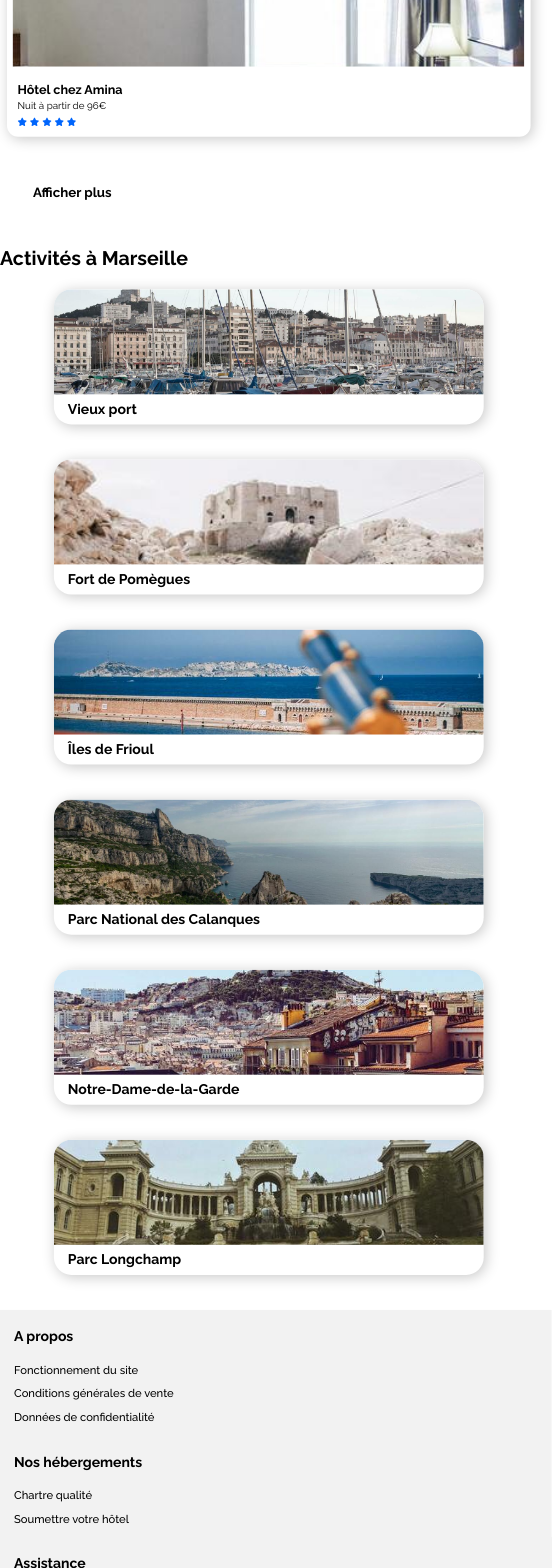
Repository: leandroBarbosaFR/booki
Page: index.html
These files come from the project's save history. The page is drawn as it stood at one moment and after a run of saves; the edit follows.
The browser window is 768 px wide. The page is 788 px wide, so the pictures cover 788 px, including what lies to the right of the window. The pictures show the part of the page from y = 2885 to 5125 px (the page is 5227 px tall), at 70% of full size.

Above is the page before, as saved 2022-07-22 15:51:05.

### index.html
<!DOCTYPE html>
<html lang="en">

<head>
    <meta charset="UTF-8">
    <meta http-equiv="X-UA-Compatible" content="IE=edge">
    <meta name="viewport" content="width=device-width, initial-scale=1.0">
    <link rel="stylesheet" href="https://cdnjs.cloudflare.com/ajax/libs/normalize/8.0.1/normalize.min.css" integrity="sha512-NhSC1YmyruXifcj/KFRWoC561YpHpc5Jtzgvbuzx5VozKpWvQ+4nXhPdFgmx8xqexRcpAglTj9sIBWINXa8x5w==" crossorigin="anonymous" referrerpolicy="no-referrer"
    />
    <link rel="stylesheet" href="https://cdnjs.cloudflare.com/ajax/libs/font-awesome/6.0.0/css/all.min.css" integrity="sha512-9usAa10IRO0HhonpyAIVpjrylPvoDwiPUiKdWk5t3PyolY1cOd4DSE0Ga+ri4AuTroPR5aQvXU9xC6qOPnzFeg==" crossorigin="anonymous" referrerpolicy="no-referrer"
    />
    <link rel="preconnect" href="https://fonts.googleapis.com">
    <link rel="preconnect" href="https://fonts.gstatic.com" crossorigin>
    <link href="https://fonts.googleapis.com/css2?family=Raleway:wght@400;500;600;700&display=swap" rel="stylesheet">
    <link href="css/style.css" rel="stylesheet">
    <title>Booki</title>
</head>

<body>
    <main class=body>
        <!-- Logo et Menu  -->
        <header class="header">
            <div>
                <img class="logo" alt="logobooki" src="./images/Booki.png" />
            </div>
            <div class="menu">
                <a href="#titreun" class="hebergements">Hébergements
                    <div class="barrebleue"></div>
                </a>
                <a href="#titretrois" class="activites"> Activités
                    <div class="barrebleue"></div>
                </a>
            </div>
        </header>
        <!-- Introduction -->
        <section class="introduction">
            <h1 class="trouvez">Trouvez votre hébergements pour des vacances de rêve</h1>
            <p class="centre"> En plein centre ville ou en pleine nature</p>
        </section>
        <!-- Boutton de recherche -->
        <form class="location">
            <i class="fa-solid fa-location-dot"></i>
            <input type="text" class="marseille" value="Marseille, France">
            <div class="rechercher"> Rechercher</div>
            <i class="fa-solid fa-magnifying-glass"></i>
        </form>
        <!-- Filtres -->
        <section class="filtres">
            <h2 class="h2">Filtres</h2>
            <a href=# class="economique">
                <i class="fa-solid fa-money-bill-wave"></i>
                <p class="text">Économique</p>
            </a>
            <a href=# class="famillial">
                <i class="fa-solid fa-child"></i>
                <p class="text">Familial</p>
            </a>
            <a href=# class="romantique">
                <i class="fa-solid fa-heart"></i>
                <p class="text">Romantique</p>
            </a>
            <a href=# class="animaux">
                <i class="fa-solid fa-dog"></i>
                <p class="text">Animaux autorisés</p>
            </a>
        </section>
        <div class="information">
            <i class="fa-solid fa-info"></i>
            <p class="logement">Plus de 500 logements sont disponibles dans cette ville</p>
        </div>
        <!-- Les hébergements à Marseille -->
        <div class="bordures"><!--the card of all hotels 72 to 231 -->
            <section class="bordureune">
                <h3 class="titreun" id="titreun">Hébergements à Marseille</h3>
                <div class="column">
                    <div class="hotelun cannebiere"><!--white-card-->
                        <a href="#" class="none">
                            <img class="imghotelun" alt="Image d'une chambre d'hotel" src="./images/cannebiere.jpg" /><!--image-card-->
                            <div class="paddingtrois"><!--description of the hotel-->
                                <p class="hotel"> Auberge de la Cannebière</p>
                                <p class="nuit"> Nuit à partir de 25€</p>
                                <div><!--ratings-->
                                    <i class="fa-solid fa-star starune etoilebleu"></i>
                                    <i class="fa-solid fa-star starune etoilebleu"></i>
                                    <i class="fa-solid fa-star starune etoilebleu"></i>
                                    <i class="fa-solid fa-star starune etoilebleu"></i>
                                    <i class="fa-solid fa-star starune etoilegrise"></i>
                                </div>
                            </div>
                        </a>
                    </div>
                    <div class="hotelun">
                        <a href="#" class="none">
                            <img class="imghotelun" alt="Image d'une chambre d'hotel" src="./images/port.jpg" />
                            <div class="paddingtrois">
                                <p class="hotel"> Hôtel du port</p>
                                <p class="nuit">Nuit à partir de 52€</p>
                                <div>
                                    <i class="fa-solid fa-star starune etoilebleu"></i>
                                    <i class="fa-solid fa-star starune etoilebleu"></i>
                                    <i class="fa-solid fa-star starune etoilebleu"></i>
                                    <i class="fa-solid fa-star starune etoilebleu"></i>
                                    <i class="fa-solid fa-star starune etoilebleu"></i>
                                </div>
                            </div>
                        </a>
                    </div>
                    <div class="hotelun">
                        <a href="#" class="none">
                            <img class="imghotelun" alt="Image d'une chambre d'hotel" src="./images/mouettes.jpg" />
                            <div class="paddingtrois">
                                <p class="hotel"> Hôtel Les mouettes </p>
                                <p class="nuit">Nuit à partir de 76€</p>
                                <div>
                                    <i class="fa-solid starune fa-star etoilebleu"></i>
                                    <i class="fa-solid starune fa-star etoilebleu"></i>
                                    <i class="fa-solid starune fa-star etoilebleu"></i>
                                    <i class="fa-solid starune fa-star etoilebleu"></i>
                                    <i class="fa-solid starune fa-star etoilegrise"></i>
                                </div>
                            </div>
                        </a>
                    </div>
                    <div class="hotelun">
                        <a href="#" class="none">
                            <img class="imghotelun" alt="Image d'une chambre d'hotel" src="./images/mer.jpg" />
                            <div class="paddingtrois">
                                <p class="hotel"> Hôtel de la mer</p>
                                <p class="nuit">Nuit à partir de 46€</p>
                                <div>
                                    <i class="fa-solid starune fa-star etoilebleu"></i>
                                    <i class="fa-solid starune fa-star etoilebleu"></i>
                                    <i class="fa-solid starune fa-star etoilebleu"></i>
                                    <i class="fa-solid starune fa-star etoilegrise"></i>
                                    <i class="fa-solid starune fa-star etoilegrise"></i>
                                </div>
                            </div>
                        </a>
                    </div>
                    <div class="hotelun">
                        <a href="#" class="none">
                            <img class="imghotelun" alt="Image d'une chambre d'hotel" src="./images/panier.jpg" />
                            <div class="paddingtrois">
                                <p class="hotel"> Auberge Le Panier</p>
                                <p class="nuit">Nuit à partir de 23€</p>
                                <div>
                                    <i class="fa-solid starune fa-star etoilebleu"></i>
                                    <i class="fa-solid starune fa-star etoilebleu"></i>
                                    <i class="fa-solid starune fa-star etoilebleu"></i>
                                    <i class="fa-solid starune fa-star etoilebleu"></i>
                                    <i class="fa-solid starune fa-star etoilegrise"></i>
                                </div>
                            </div>
                        </a>
                    </div>
                    <div class="hotelun">
                        <a href="#" class="none">
                            <img class="imghotelun" alt="Image d'une chambre d'hotel" src="./images/anima.jpg" />
                            <div class="paddingtrois">
                                <p class="hotel"> Hôtel chez Amina</p>
                                <p class="nuit">Nuit à partir de 96€</p>
                                <div>
                                    <i class="fa-solid starune fa-star etoilebleu"></i>
                                    <i class="fa-solid starune fa-star etoilebleu"></i>
                                    <i class="fa-solid starune fa-star etoilebleu"></i>
                                    <i class="fa-solid starune fa-star etoilebleu"></i>
                                    <i class="fa-solid starune fa-star etoilebleu"></i>
                                </div>
                            </div>
                        </a>
                    </div>
                </div>
                <p class="afficher"> Afficher plus</p>
            </section>
            <section class="borduredeux">
                <h3 class="titredeux"> Les plus populaires
                  <i class="fa-solid fa-star"></i>
                </h3>
                <!-- Les plus populaires -->
                <div class="columndeux">
                    <div class="hoteldeux">
                        <a href=# class="widthhoteldeux none">
                            <img class="imghoteldeux" alt="Image d'une chambre d'hotel" src="./images/soleil.jpg" />
                            <div class="paddingquatre">
                                <p class="hoteltrois"> Hôtel Le soleil du matin</p>
                                <p class="nuitdeux"> Nuit à partir de 128€</p>
                                <p class="stardeux">
                                    <i class="fa-solid fa-star etoilebleu"></i>
                                    <i class="fa-solid fa-star etoilebleu"></i>
                                    <i class="fa-solid fa-star etoilebleu"></i>
                                    <i class="fa-solid fa-star etoilebleu"></i>
                                    <i class="fa-solid fa-star etoilebleu"></i>
                                </p>
                            </div>
                        </a>
                    </div>
                    <div class="hoteldeux">
                        <a href=# class="widthhoteldeux none">
                            <img class="imghoteldeux" alt="Image d'une chambre d'hotel" src="./images/eau.jpg" />
                            <div class="paddingquatre">
                                <p class="hoteltrois"> Au coeur de l'eau Chambres d'hôtes</p>
                                <p class="nuitdeux"> Nuit à partir de 71€</p>
                                <p class="stardeux">
                                    <i class="fa-solid fa-star etoilebleu"></i>
                                    <i class="fa-solid fa-star etoilebleu"></i>
                                    <i class="fa-solid fa-star etoilebleu"></i>
                                    <i class="fa-solid fa-star etoilebleu"></i>
                                    <i class="fa-solid fa-star etoilegrise"></i>
                                </p>
                            </div>
                        </a>
                    </div>
                    <div class="hoteldeux">
                        <a href="#" class="widthhoteldeux none">
                            <img class="imghoteldeux" alt="Image d'une chambre d'hotel" src="./images/toutbleu.jpg" />
                            <div class="paddingquatre">
                                <p class="hoteltrois"> Hôtel Tout bleu et Blanc</p>
                                <p class="nuitdeux"> Nuit à partir de 68€</p>
                                <p class="stardeux">
                                    <i class="fa-solid fa-star etoilebleu"></i>
                                    <i class="fa-solid fa-star etoilebleu"></i>
                                    <i class="fa-solid fa-star etoilebleu"></i>
                                    <i class="fa-solid fa-star etoilebleu"></i>
                                    <i class="fa-solid fa-star etoilegrise"></i>
                                </p>
                            </div>
                        </a>
                    </div>
                </div>
            </section>
        </div>
        <section>
            <!-- Activités à Marseille -->
            <h3 class="titretrois" id="titretrois">
                Activités à Marseille
            </h3>
            <div class="activitesdeux">
                <div class="widthactivites borderradius">
                    <a href="#" class=" lienimage none">
                        <img class="imgvieuxport imgwidth" alt="image du vieux port de Marseille" src="./images/vieuxport.jpg" />
                        <p class="vieuxport"> Vieux port </p>
                    </a>
                </div>
                <div class="widthactivites gapelement">
                    <a href="#" class="grandelement lienimage borderradius none">
                        <img class="imgpomegues imgwidth" alt="Image du fort de Pomègues" src="./images/pomegues.jpg" />
                        <p class="vieuxport"> Fort de Pomègues</p>
                    </a>
                    <a href="#" class="none lienimage grandelement borderradius">
                        <img class="imgpomegues imgwidth" alt="Images des îles de Frioul" src="./images/frioul.jpg" />
                        <p class="vieuxport"> Îles de Frioul</p>
                    </a>
                </div>
                <div class="widthactivites calanquesorder borderradius">
                    <a href="#" class="lienimage none">
                        <img class="imgvieuxport imgwidth" alt="Image des Calanques" src="./images/calanques.jpg" />
                        <p class="vieuxport"> Parc National des Calanques</p>
                    </a>
                </div>
                <div class="widthactivites gapelement">
                    <a href="#" class="grandelement lienimage borderradius none">
                        <img class="imgpomegues imgwidth" alt="image de Notre-Dame-de-la-Garde" src="./images/notredame.jpg" />
                        <p class="vieuxport"> Notre-Dame-de-la-Garde</p>
                    </a>
                    <a href="#" class="grandelement lienimage borderradius none">
                        <img class="imgpomegues imgwidth" alt="Image du parc Longchamp" src="./images/longchamp.jpg" />
                        <p class="vieuxport"> Parc Longchamp</p>
                    </a>
                </div>
            </div>
        </section>
    </main>
    <!-- Information footer -->
    <footer class=footer>
        <section class="footerun">
            <h4 class="titrequatre paddingbot"> A propos </h4>
            <p class="txt"> Fonctionnement du site </p>
            <p class="txt paddingmiddle"> Conditions générales de vente </p>
            <p class="txt"> Données de confidentialité</p>
        </section>
        <section class="footerun">
            <h4 class="titrequatre"> Nos hébergements</h4>
            <p class="txt paddingmiddle"> Chartre qualité</p>
            <p class="txt"> Soumettre votre hôtel</p>
        </section>
        <section class="footerun">
            <h4 class="titrequatre"> Assistance </h4>
            <p class="txt paddingmiddle"> Centre d'aide</p>
            <p class="txt"> Nous contacter</p>
        </section>
    </footer>
</body>

</html>

### css/style.css
.body {
  font-family: Raleway;
}

.header {
  display: flex;
  justify-content: space-between;
}

.logo {
  width: 120px;
  padding-top: 60px;
  padding-bottom: 25px;
  padding-left: 20px;
}

.menu {
  display: flex;
  gap: 85px;
  align-items: center;
  font-weight: 500;
  font-size: 18px;
}

.hebergements {
  position: relative;
  text-decoration: none;
  color: black;
}

.activites {
  position: relative;
  text-decoration: none;
  color: black;
}

.barrebleue {
  position: absolute;
  top: -64px;
  width: calc(100% + 60px);
  left: -35px;
  height: 3px;
  background-color: #0065FC;
  display: none;
}

.hebergements:hover .barrebleue,
.activites:hover .barrebleue {
  display: block;
}

.hebergements:hover,
.activites:hover {
  color: #0065FC;
}

.trouvez {
  font-weight: 600;
  font-size: 25px;
  margin-bottom: 5px;
  margin-top: 40px;
  margin-left: 10px;
  margin-right: 10px;
}

.centre {
  font-weight: 400;
  font-size: 20px;
  margin-top: 0;
  margin-left: 10px;
  margin-right: 10px;
}

.location {
  display: flex;
  font-weight: 800;
  font-size: 18px;
  height: 60px;
  border: solid 1px #F5F5F5;
  border-radius: 15px;
  width: max-content;
  margin-top: 25px;
  margin-left: 10px;

}

.h2 {
  font-size: 25px;
}

.fa-location-dot {
  border-radius: 15px 0 0 15px;
  background-color: #f2f2f2;
  height: 60px;
  width: 70px;
  display: flex;
  justify-content: center;
  align-items: center;
}

.marseille {
  max-width: 280px;
  padding: 0 15px;
  align-items: center;
  display: flex;
  font-weight: 800;
  font-size: 18px;
  border: none;
  outline: none;
}

.rechercher {
  width: 170px;
  background-color: #0065FC;
  border-radius: 0 15px 15px 0;
  height: 60px;
  display: flex;
  justify-content: center;
  align-items: center;
  color: white;
}

.fa-magnifying-glass {
  display: none;
}

.filtres {
  display: flex;
  flex-wrap: wrap;
  gap: 30px;
  align-items: center;
  font-weight: 700;
  padding-top: 35px;
  font-size: 22px;
  margin-left: 10px;
}

.economique,
.famillial,
.romantique,
.animaux {
  display: flex;
  align-items: center;
  border: solid 2px #EEE;
  border-radius: 31px;
  position: relative;
  height: 54px;
  transition: transform 0.5s;
  text-decoration: none;
  color: black;
}

.fa-dog,
.fa-child,
.fa-heart,
.fa-money-bill-wave {
  height: 58px;
  width: 58px;
  background-color: #DEEBFF;
  border-radius: 50%;
  color: #0065FC;
  font-size: 22px;
  position: absolute;
  display: flex;
  justify-content: center;
  align-items: center;
  left: -2px;
}

.economique:hover,
.famillial:hover,
.romantique:hover,
.animaux:hover {
  transform: scale(1.1);
}

.text {
  padding-left: 20px;
  padding-right: 20px;
  font-size: 22px;
  font-weight: 700;
  margin-left: 58px;
}

.information {
  display: flex;
  align-items: center;
  font-size: 16px;
  margin-top: 30px;
}

.fa-info {
  border: 1px solid #eee;
  border-radius: 11px;
  width: 22px;
  height: 22px;
  color: #0065FC;
  display: flex;
  align-items: center;
  justify-content: center;
}

.logement {
  font-size: 19px;
  padding-left: 15px;
}

.bordureune {
  margin-top: 40px;
  width: 80%;
  background-color: #f2f2f2;
  border-radius: 20px;
}

.titreun {
  padding-left: 50px;
  font-weight: 700;
  font-size: 28px;
}

.column {
  flex-direction: row;
  display: flex;
  flex-wrap: wrap;
  justify-content: space-evenly;
  row-gap: 34px;
  padding: 0 10px;
}

.hotelun {
  width: calc(100% / 2 - 228px);
  background-color: white;
  border-radius: 16px;
  box-shadow: 3px 3px 20px 0px #C7C7C7;
  transition: transform 0.7s;
}

.imghotelun {
  width: calc(100% - 17px);
  height: 120px;
  border-radius: 16px 16px 0 0;
  padding-left: 8px;
  padding-top: 7px;
  object-fit: cover;
}

.hotelun:hover,
.hoteldeux:hover {
  transform: scale(1.10);
}

.starune {
  font-size: 12px;
  margin-bottom: 15px;
}

.etoilebleu {
  color: #0065FC;
}

.etoilegrise {
  color: #dbdbdb
}

.hotel {
  font-weight: 700;
  font-size: 18px;
  margin-bottom: 5px;
}

.nuit {
  font-size: 14px;
  margin: 5px 0 5px 0;
  margin-top: 0px;
}

.paddingtrois {
  padding-left: 15px;
}

.afficher {
  padding-left: 47px;
  padding-top: 50px;
  font-weight: 700;
  font-size: 19px;
}

.borduredeux {
  margin-top: 40px;
  width: 30%;
  background-color: #f2f2f2;
  border-radius: 20px;
  display: flex;
  flex-direction: column;
  padding-bottom: 50px;
}

.bordures {
  display: flex;
  gap: 22px;
}

.titredeux {
  padding-left: 40px;
  padding-right: 40px;
  font-weight: 700;
  font-size: 18px;
  display: flex;
  justify-content: space-between;
}

.columndeux {
  padding: 0 10px;
  display: flex;
  flex-direction: column;
  gap: 40px;
}

.hoteldeux {
  background-color: white;
  border-radius: 16px;
  display: flex;
  box-shadow: 3px 3px 20px 0px #C7C7C7;
  transition: transform 0.7s;
  height: 200px;
  position: relative;
}

.imghoteldeux {
  object-fit: cover;
  border-radius: 16px 0 0 16px;
  padding: 7px 8px;
  width: 40%;
}

.hoteltrois {
  font-weight: 700;
  font-size: 19px;
  margin: 0px;
}

.widthhoteldeux {
  width: 100%;
  display: flex;
}

.paddingquatre {
  padding: 15px 20px 0;
}

.nuitdeux {
  padding-top: 10px;
  margin: 0px;
  font-size: 14px;
}

.stardeux {
  margin-top: 15px;
  font-size: 12px;
  position: absolute;
  display: flex;
  bottom: 0px;
}

.titretrois {
  font-weight: 700;
  font-size: 28px;
  padding-top: 20px;
}

.activitesdeux {
  display: flex;
  gap: 50px;
  height: 500px;
}

.widthactivites {
  width: 25%;
}

.borderradius {
  border-radius: 25px;
  overflow: hidden;
  box-shadow: 3px 3px 20px 0px #C7C7C7;
}

.vieuxport {
  font-size: 20px;
  font-weight: 700;
  margin: auto 20px;
}

.imgvieuxport,
.imgpomegues {
  object-fit: cover;
  width: 100%;
  height: calc(100% - 55px)
}

.grandelement {
  height: calc(60% - 25px);
}

.petitelement {
  height: calc(40% - 25px);
}

.gapelement {
  gap: 50px;
  display: flex;
  flex-direction: column;
}

.lienimage {
  display: flex;
  flex-direction: column;
  height: 100%;
}

.footer {
  width: calc(100% - 75px);
  height: 250px;
  background-color: #f2f2f2;
  margin-top: 50px;
  font-family: Raleway;
  display: flex;
  justify-content: space-between;
  padding-left: 75px;
}

.titrequatre {
  font-weight: 700;
  font-size: 20px;
  white-space: nowrap;

}

.footerun {
  width: 33%;
  justify-content: center;
  align-items: center;
}

.txt {
  font-weight: 500;
  white-space: nowrap;
}

.none {
  text-decoration: none;
  color: black;
}

/*mobile version$*/
@media screen and (max-width: 768px) {

  body {
    width: 100%;
    margin: 0 auto;
  }
  .header {
      flex-direction: column;
      text-align: center;
      display: flex;
  }
  .menu {
      justify-content: space-around;
      gap: 0;
  }
  .barrebleue {
      width: 100%;
      left: 0;
      top: 30px;
  }
  .hebergements,
  .activites {
      width: 50%
  }
  .rechercher {
      display: none;
  }
  .fa-magnifying-glass {
      display: flex;
      width: 60px;
      background-color: #0065FC;
      border-radius: 15px;
      height: 60px;
      display: flex;
      justify-content: center;
      align-items: center;
      color: white;
  }
  .location {
      max-width: 100%;
  }
  .marseille {
      width: calc(100% - 70px - 60px)
  }
  .vieuxport {
      padding: 10px 0;
  }
  .bordures {
      flex-direction: column-reverse;
      flex-wrap: wrap;
      gap: 0;
  }
  .borduredeux {
      width: 100%;
      border-radius: none;
  }

  .bordureune {
      background-color: white;
      width: 100%;
      margin-top: 0;
  }
  .column {
      flex-direction: column;
  }
  .hotelun {
      width: 100%;
  }
  .activitesdeux {
      flex-direction: column;
      width: 100%;
      height: initial;
  }
  .paddingquatre {
      padding: 5px;
  }
  .widthactivites {
      width: 80%;
      margin: 0 auto;
  }
  .imgwidth {
      height: 150px;
  }
  .footer {
      flex-direction: column;
      width: 100%;
      height: auto;
      padding-left: 20px;
      text-align: left;
  }
}

@media screen and (min-width: 769px) and (max-width: 991px) {
  .bordures {
      display: block;
  }
  .bordureune {
      width: 100%;
  }
  .titreun {
      padding-top: 20px;
  }
  .borduredeux {
      width: 50%;
      border-radius: none;
  }
  .activitesdeux {
      flex-wrap: wrap;
      height: initial;
  }
  .afficher {
      padding-bottom: 20px;
  }
  .widthactivites {
      width: calc(50% - 25px);
  }
  .calanquesorder {
      order: 1;
  }
}

@media screen and (min-width: 992px) and (max-width: 1472px) {
  .body {
      margin: 30px;
  }
  .bordures {
      gap: 21px;
  }
  .bordureune {
      width: 70%;
      grid-template-columns: 1fr 1fr 1fr;
  }
  .borduredeux {
      width: 30%;
  }
  .hotelun {
    width: calc(100% / 2 - 177px);
  }

  .columndeux {
      padding: 0 10px;
  }
}

After the next 2 saves:
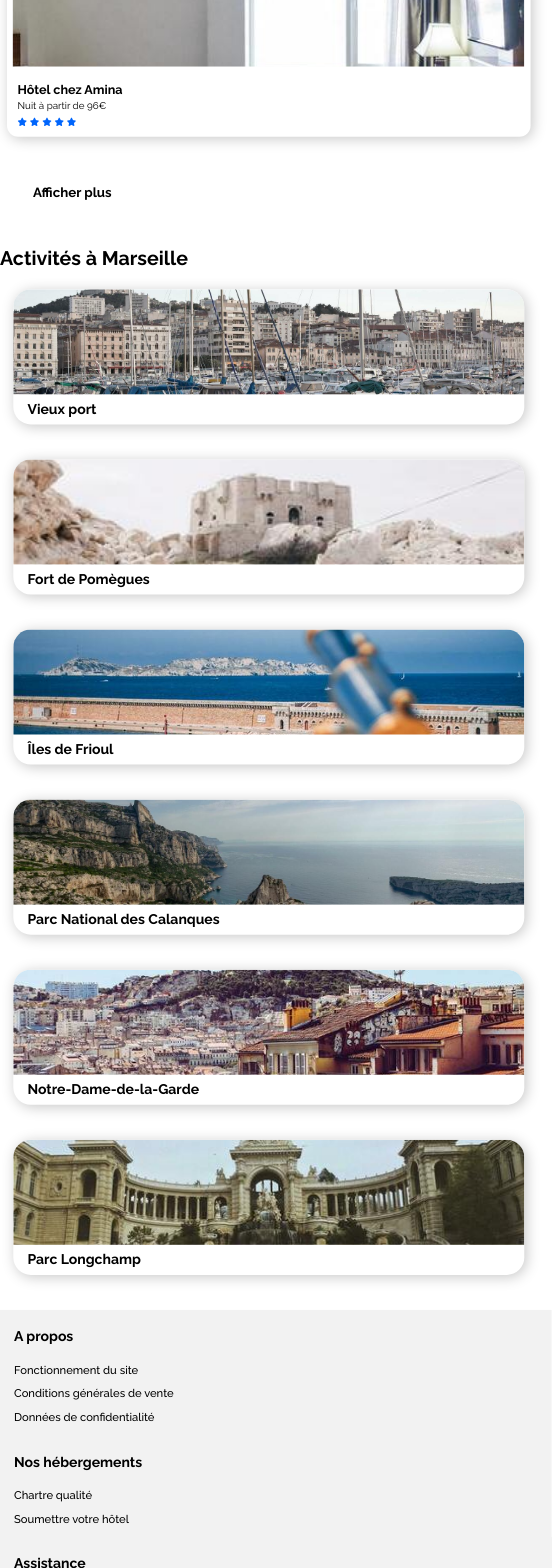
The 2 saves are shown as one change because they came seconds apart.
The last was saved 28 s later.
--- a/css/style.css
+++ b/css/style.css
@@ -529,7 +529,7 @@
       padding: 5px;
   }
   .widthactivites {
-      width: 80%;
+      width: 95%;
       margin: 0 auto;
   }
   .imgwidth {
